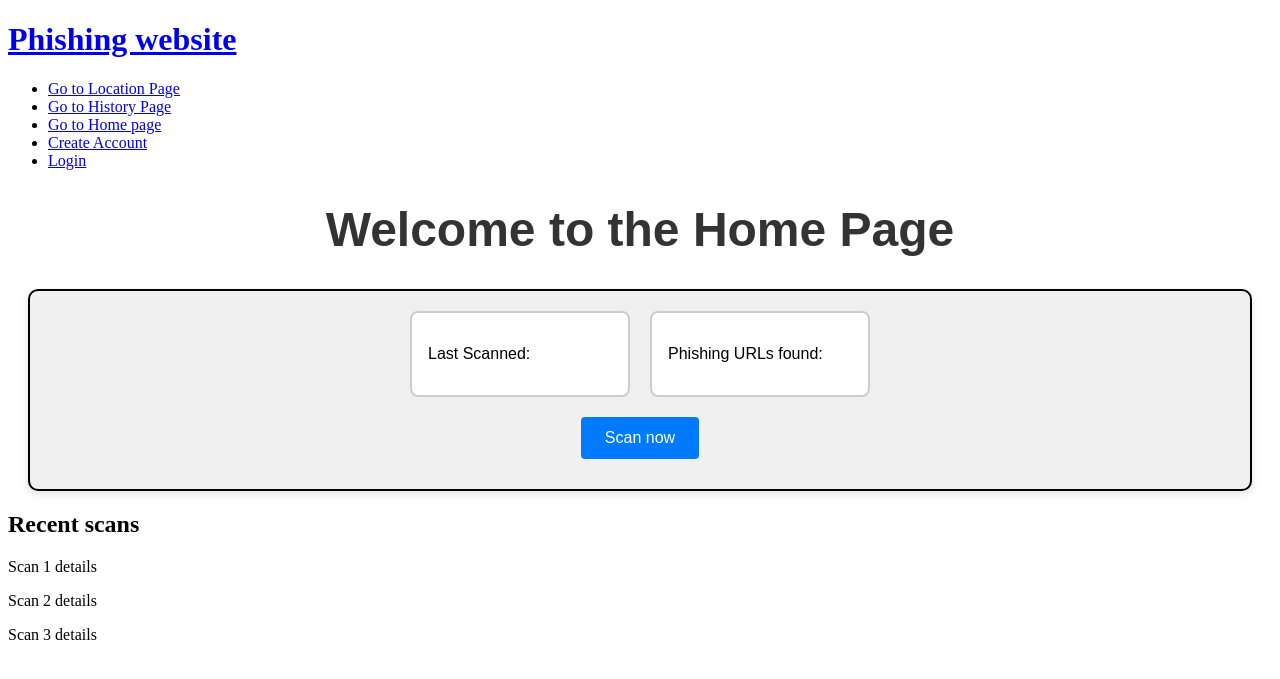
Repository: 2305199/Final-year-project
Page: / (app in frontend/)
These files come from the project's save history. The page is drawn as it stood at one moment and after the next save; the edit follows.
The browser window is 1280 px wide. The pictures show the whole page.
The project was rebuilt for these pictures with package versions that can differ from the ones it lists, and the page was loaded fresh each time. Also part of the build but not shown: frontend/vite.config.js, frontend/src/Location/Location.jsx, frontend/src/History/History.jsx, frontend/src/User/CreateAccount.jsx, frontend/src/User/Login.jsx.

Above is the page before, as saved 2026-01-29 01:23:20.

### frontend/src/App.jsx
import { BrowserRouter as Router, Routes, Route } from 'react-router-dom';
import Home from './Home/Home.jsx'
import Location from './Location/Location.jsx'
import History from './History/History.jsx'
import CreateAccount from './User/CreateAccount.jsx'
import Login from './User/Login.jsx'
import Header from './components/Header.jsx'

function App() {

  return (
    <Router>
    <Header />
   <Routes>
      <Route path="/" element={<Home />} />
      <Route path="/location" element={<Location />} />
      <Route path="/history" element={<History />} />
      <Route path="/createAccount" element={<CreateAccount />} />
      <Route path="/login" element={<Login />} />
   </Routes>
    </Router>
  )
}

export default App

### frontend/src/Home/Home.jsx
import styles from './Home.module.css'
function Home() {
    return ( <div>
        <div className={styles.title}> <h1>Welcome to the Home Page</h1></div>


<div className={styles.Box}>
  <div className={styles.topRow}>
    <div className={styles.Lscanned}>
      <p>Last Scanned:</p>
    </div>

    <div className={styles.Pfound}>
      <p>Phishing URLs found:</p>
    </div>
  </div>

  <button className={styles.scanButton}>Scan now</button>
</div>



    <div>
        <h2>Recent scans</h2>
        <div className={styles.recentScans}>
            <div className={styles.scanCard}><p>Scan 1 details</p></div>
            <div className={styles.scanCard}><p>Scan 2 details</p></div>
            <div className={styles.scanCard}><p>Scan 3 details</p></div>
        </div>
    </div>

    </div>)
}
export default Home

### frontend/src/components/Header.jsx
function Header() {
    return (<div>
    <h1> <a href="/">Phishing website </a></h1>
     <ul>
        <li><a href="/location">Go to Location Page</a></li>
        <li><a href="/history">Go to History Page</a></li>
        <li><a href="/">Go to Home page</a></li>
        <li><a href="/createAccount">Create Account</a></li>
        <li><a href="/login">Login</a></li>
    </ul>
    </div>)

}
export default Header

### frontend/src/Home/Home.module.css
.title{
    text-align: center;
    font-size: 1.5rem;
    margin-bottom: 20px;
    color: #333;
    font-family: 'Arial', sans-serif;
}
.Box{
    display: flex;
    flex-direction: column;
    align-items: center;
    justify-content: center;
   border: 2px solid black;
    padding: 20px;
    margin: 20px;
    background-color: #f0f0f0;
    border-radius: 10px;
    box-shadow: 0 4px 8px rgba(0, 0, 0, 0.1);

}
.container {
  display: grid;
  gap: 20px;
}

.Box {
  display: flex;
  flex-direction: column;
  align-items: center;
  gap: 20px;
}

.Lscanned,
.Pfound {
  border: 2px solid #ccc;
  padding: 16px;
  border-radius: 8px;
  background-color: #ffffff;
  font-family: 'Arial', sans-serif;
  width: 220px;
  box-sizing: border-box;
}

.scanButton {
  padding: 12px 24px;
  font-size: 16px;
  background-color: #007bff;
  color: #ffffff;
  border: none;
  border-radius: 4px;
  cursor: pointer;
  transition: background-color 0.3s ease;
  margin-bottom: 10px;
}
.topRow {
  display: flex;
  flex-direction: row; /* side by side */
  gap: 20px;
  align-items: center;
}

Loaded but not shown: frontend/index.html (common file); frontend/src/main.jsx (common file); frontend/src/index.css (no stored copy; drawn as an empty file)

After the next save:
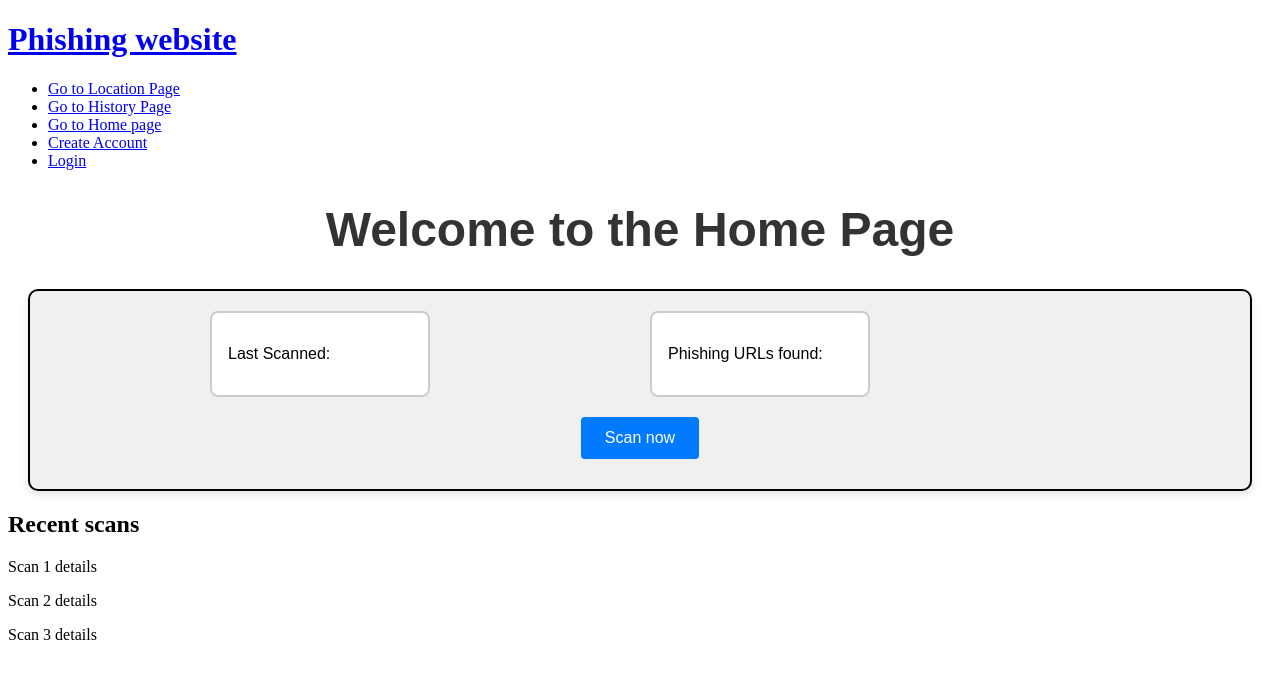
Saved 46 s later.
--- a/frontend/src/Home/Home.module.css
+++ b/frontend/src/Home/Home.module.css
@@ -39,6 +39,7 @@
   font-family: 'Arial', sans-serif;
   width: 220px;
   box-sizing: border-box;
+  margin-right: 200px;
 }
 
 .scanButton {
